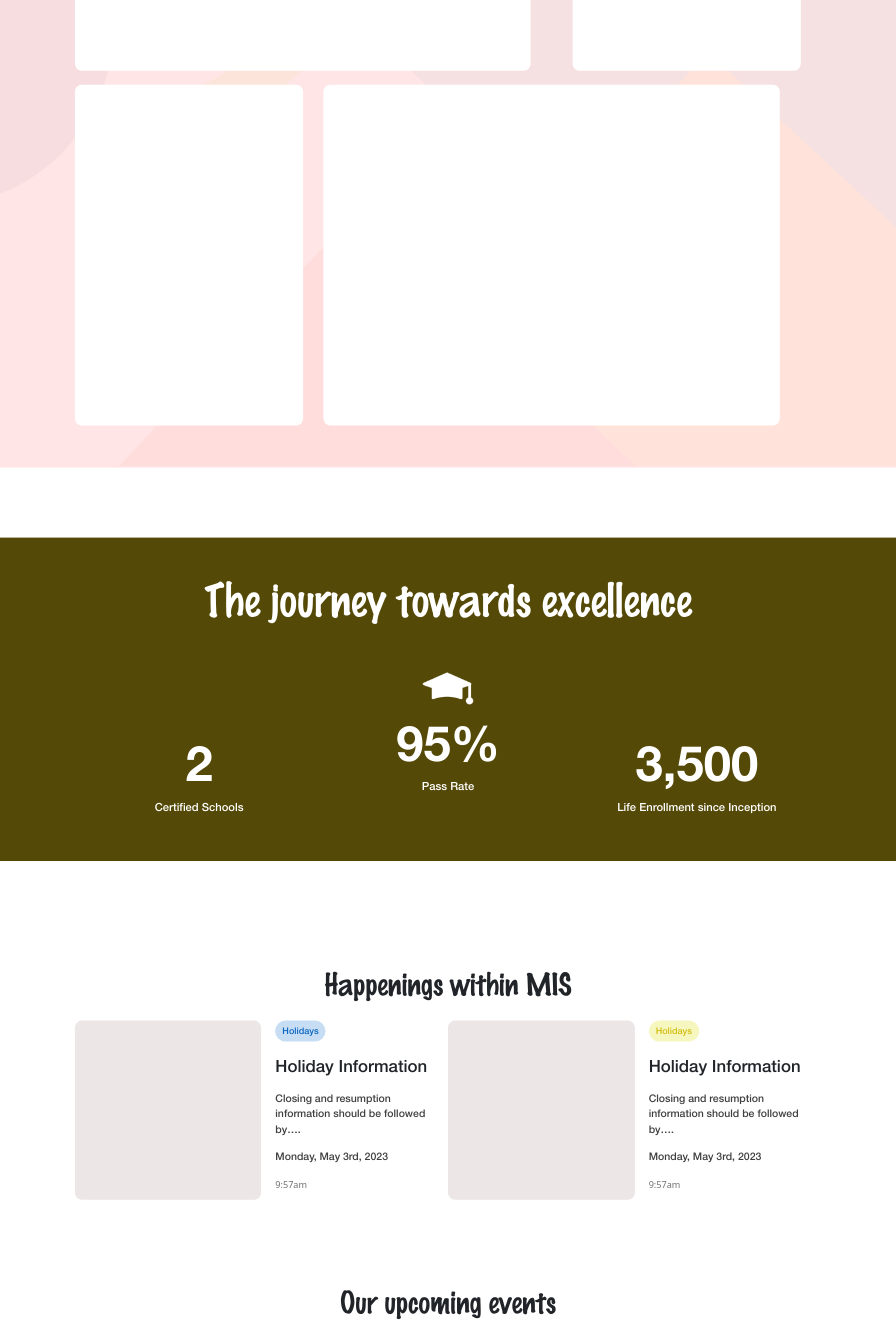
Repository: sarahnnanyelugo/MIGS
Page: /
The author's editor kept a copy of each file at every save. The page is drawn from the files as they stood at one save, then again after the next save.
The browser window is 1280 px wide. The pictures show the part of the page from y = 3290 to 5210 px (the page is 5180 px tall before and 5210 px after), at 70% of full size.
The project was rebuilt for these pictures with package versions that can differ from the ones it lists, and the page was loaded fresh each time.

Above is the page before, as saved 2023-05-30 13:56:34.

After the next save:
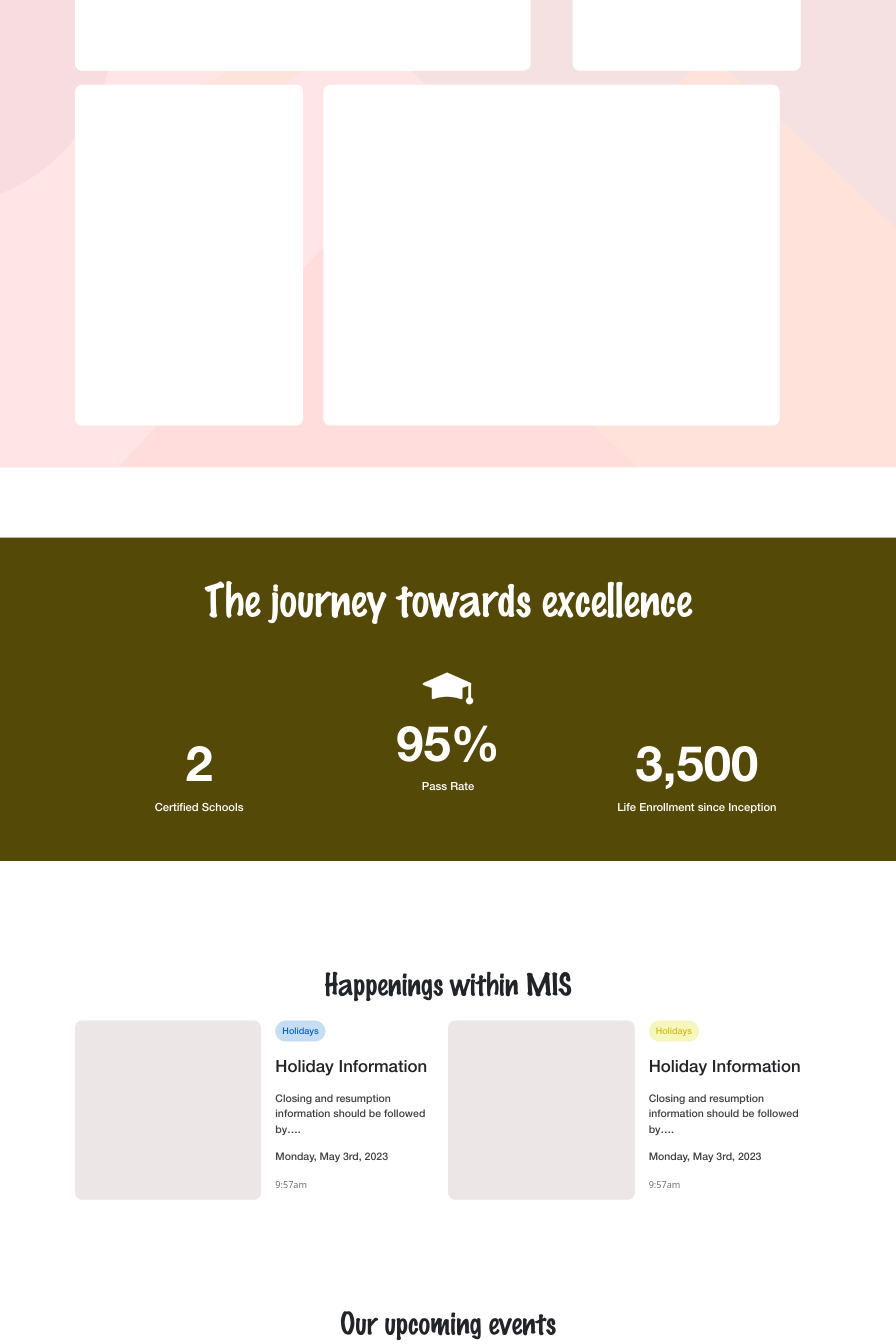
Saved 8 s later.
--- a/src/pages/Home/Home.js
+++ b/src/pages/Home/Home.js
@@ -278,7 +278,7 @@ function Home() {
           </div>
         </div>
       </div>
-      <div className="col-md-10 offset-md-1 mt">
+      <div className="col-md-10 offset-md-1 mtt">
         <center>
           <h1>Our upcoming events</h1>
         </center>
